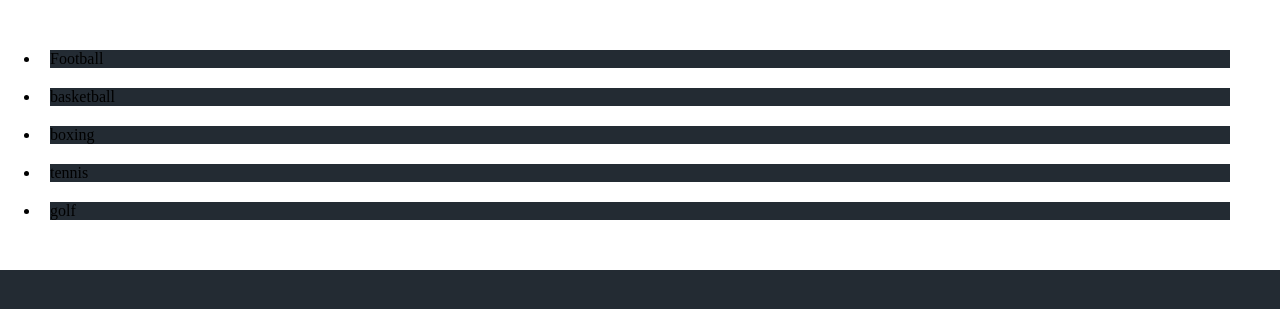
Repository: wakoya-tech/react-project
Page: Desktop/shaakala/aschu/index.html
These files come from the project's save history. The page is drawn as it stood at one moment and after the next save; the edit follows.
The browser window is 1280 px wide. The pictures show the whole page.

Above is the page before, as saved 2025-08-29 20:10:41.

### Desktop/shaakala/aschu/index.html
<!DOCTYPE html>
<html lang="en">
<head>
    <meta charset="UTF-8">
    <meta name="viewport" content="width=device-width, initial-scale=1.0">
    <title>Document</title>
</head>
<style>
    *{
        box-sizing: border-box;
        margin: 0;
        padding: 0;
        border: 10px solid white;
    }
    body {
        background-color: rgb(35, 43, 51);
    }
</style>
<body>
    <div class="container">
        <ul class="lists">
            <li class="list-items">Football</li>
            <li class="list-items">basketball</li>
            <li class="list-items">boxing</li>
            <li class="list-items">tennis</li>
            <li class="list-items">golf</li>
        </ul>
    </div>
</body>
</html>

After the next save:
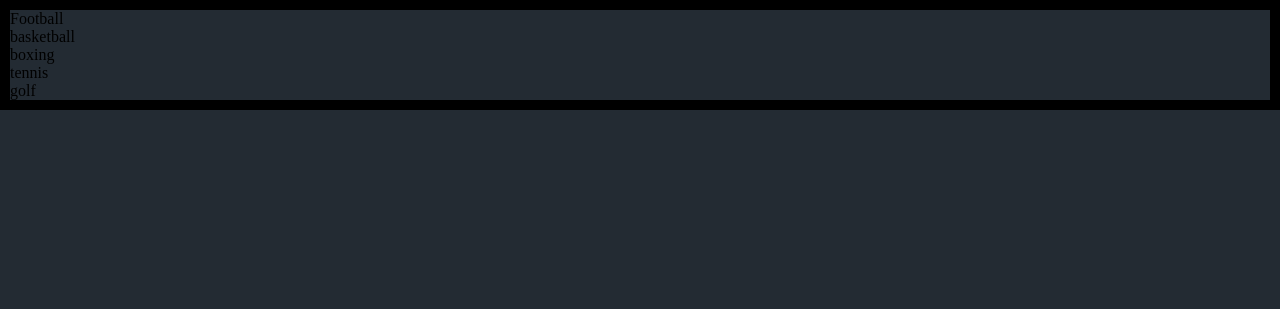
Saved 43 s later.
--- a/Desktop/shaakala/aschu/index.html
+++ b/Desktop/shaakala/aschu/index.html
@@ -10,10 +10,12 @@
         box-sizing: border-box;
         margin: 0;
         padding: 0;
-        border: 10px solid white;
     }
     body {
         background-color: rgb(35, 43, 51);
+      border: 10px solid;
+      margin: 0;
+      padding: 0;
     }
 </style>
 <body>
